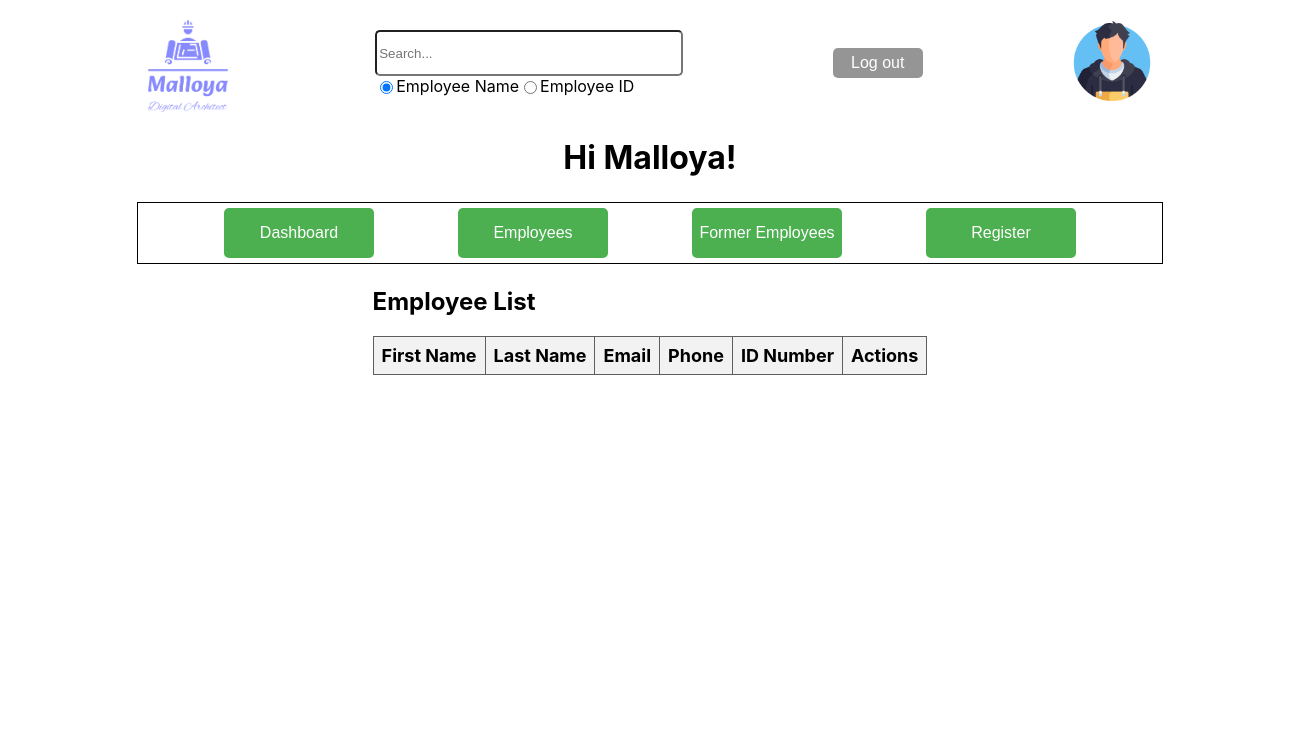
Repository: SbuKhoza/register
Page: /employees
These files come from the project's save history. The page is drawn as it stood at one moment and after a run of saves; the edit follows.
The browser window is 1280 px wide. The page is 1290 px wide, so the pictures cover 1290 px, including what lies to the right of the window. The pictures show the whole page.
The project was rebuilt for these pictures with package versions that can differ from the ones it lists, and the page was loaded fresh each time. Also part of the build but not shown: src/Form.css, src/Form.js, src/Home.js, src/Login.css, src/Login.js, src/FEmployee.css, src/Fempl.js, src/FEmployee.js and 3 more.

Above is the page before, as saved 2024-07-22 15:54:50.

After the next 5 saves:
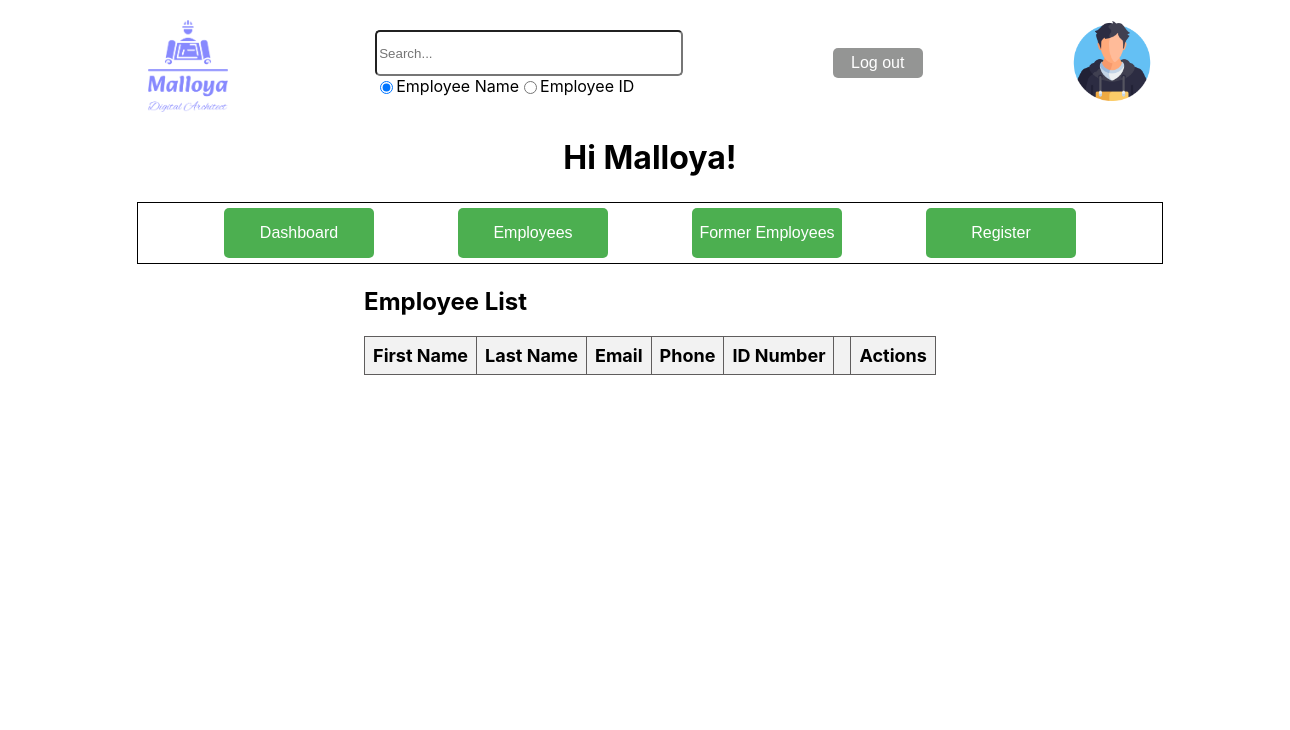
The 5 saves are shown as one change because they came seconds apart.
The last was saved 13 min 47 s later.
--- a/src/Employ.js
+++ b/src/Employ.js
@@ -37,6 +37,7 @@ function Employ() {
                         <th>Email</th>
                         <th>Phone</th>
                         <th>ID Number</th>
+                        <th></th>
                         <th>Actions</th>
                     </tr>
                 </thead>
